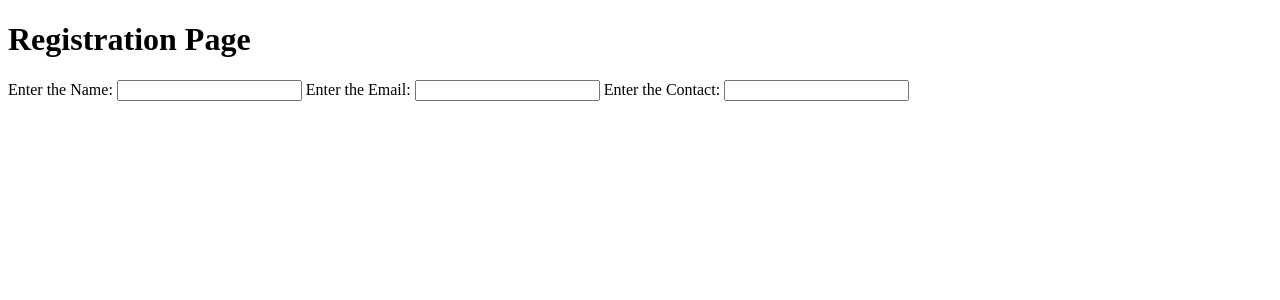
Repository: Pradeep4802/utopiatech
Page: eclipse-workspace/OwnServlet/src/main/webapp/Home.html
These files come from the project's save history. The page is drawn as it stood at one moment and after a run of saves; the edit follows.
The browser window is 1280 px wide. The pictures show the whole page.

Above is the page before, as saved 2023-10-09 08:52:48.

### eclipse-workspace/OwnServlet/src/main/webapp/Home.html
<!DOCTYPE html>
<html>
<head>
<meta charset="UTF-8">
<title>Form</title>
</head>
<body>
	<div>
		<h1>Registration Page</h1>
		<form action="" method="get">

			<label for="user_name">Enter the Name: <input type="text"
				name="user_name" /></label>
			<label for="user_email">Enter the Email: <input type="email"
				name="user_email" /></label>
			<label for="user_contact">Enter the Contact: <input type="number"
				name="user_contact" /></label>

		</form>
	</div>
</body>
</html>

After the next 2 saves:
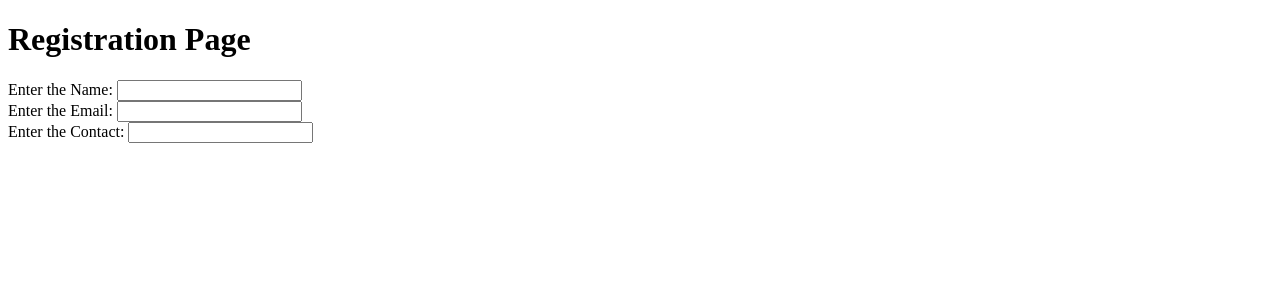
The 2 saves are shown as one change because they came seconds apart.
The last was saved 27 s later.
--- a/eclipse-workspace/OwnServlet/src/main/webapp/Home.html
+++ b/eclipse-workspace/OwnServlet/src/main/webapp/Home.html
@@ -10,9 +10,9 @@
 		<form action="" method="get">
 
 			<label for="user_name">Enter the Name: <input type="text"
-				name="user_name" /></label>
+				name="user_name" /></label><br>
 			<label for="user_email">Enter the Email: <input type="email"
-				name="user_email" /></label>
+				name="user_email" /></label><br>
 			<label for="user_contact">Enter the Contact: <input type="number"
 				name="user_contact" /></label>
 
